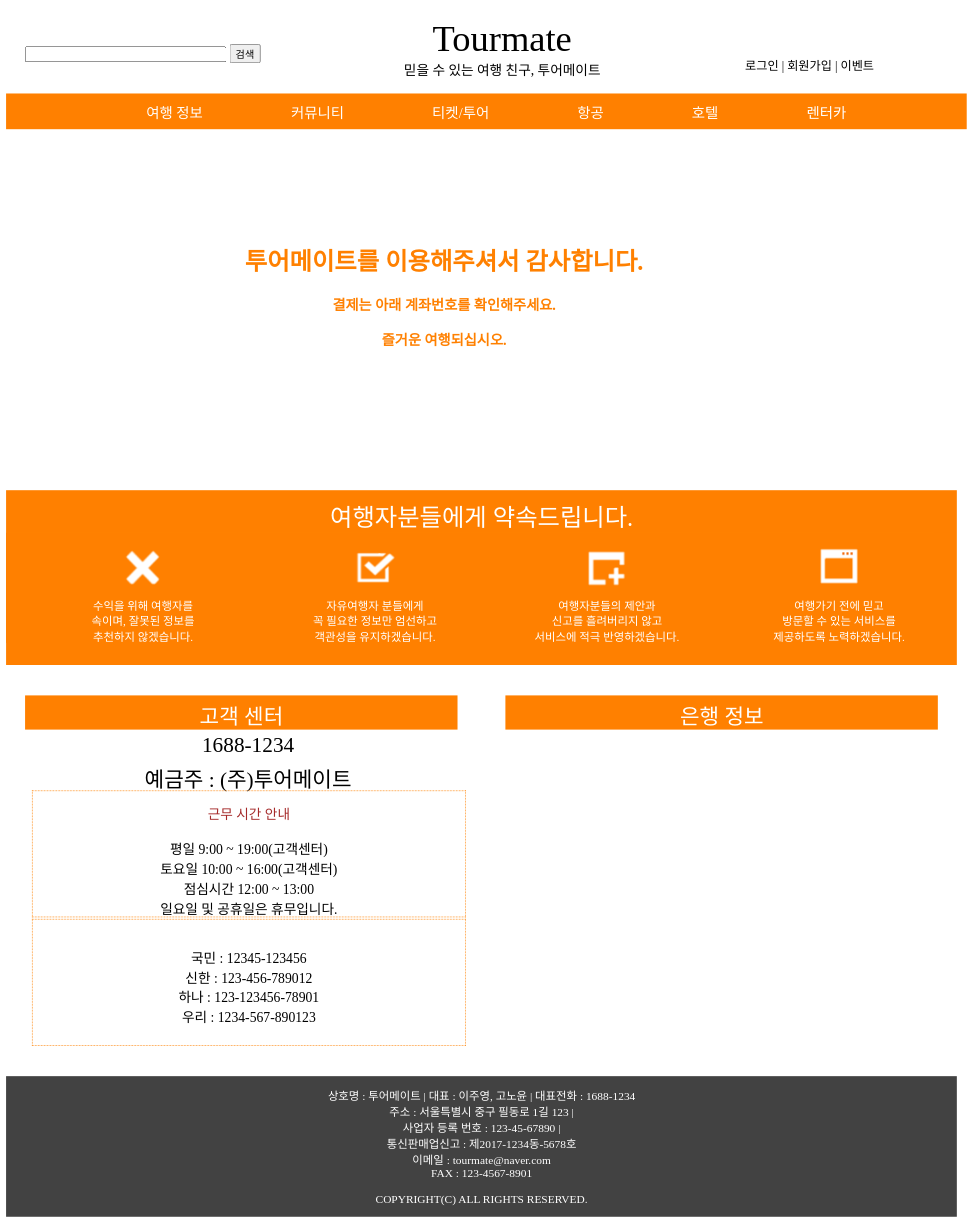
Repository: nohyoonko/2017-2-WP-Tourmate
Page: http://localhost/Tourmate/항공_ok.jsp
An editor plug-in stored every save of this project. The page is shown before and after the next save, followed by the edit.
The browser window is 1280 px wide. The pictures show the whole page, at 76% of full size.
Some web libraries are served in a nearby version. The page is served by Tomcat 9.

Above is the page before, as saved 2017-12-06 13:23:17.

After the next save:
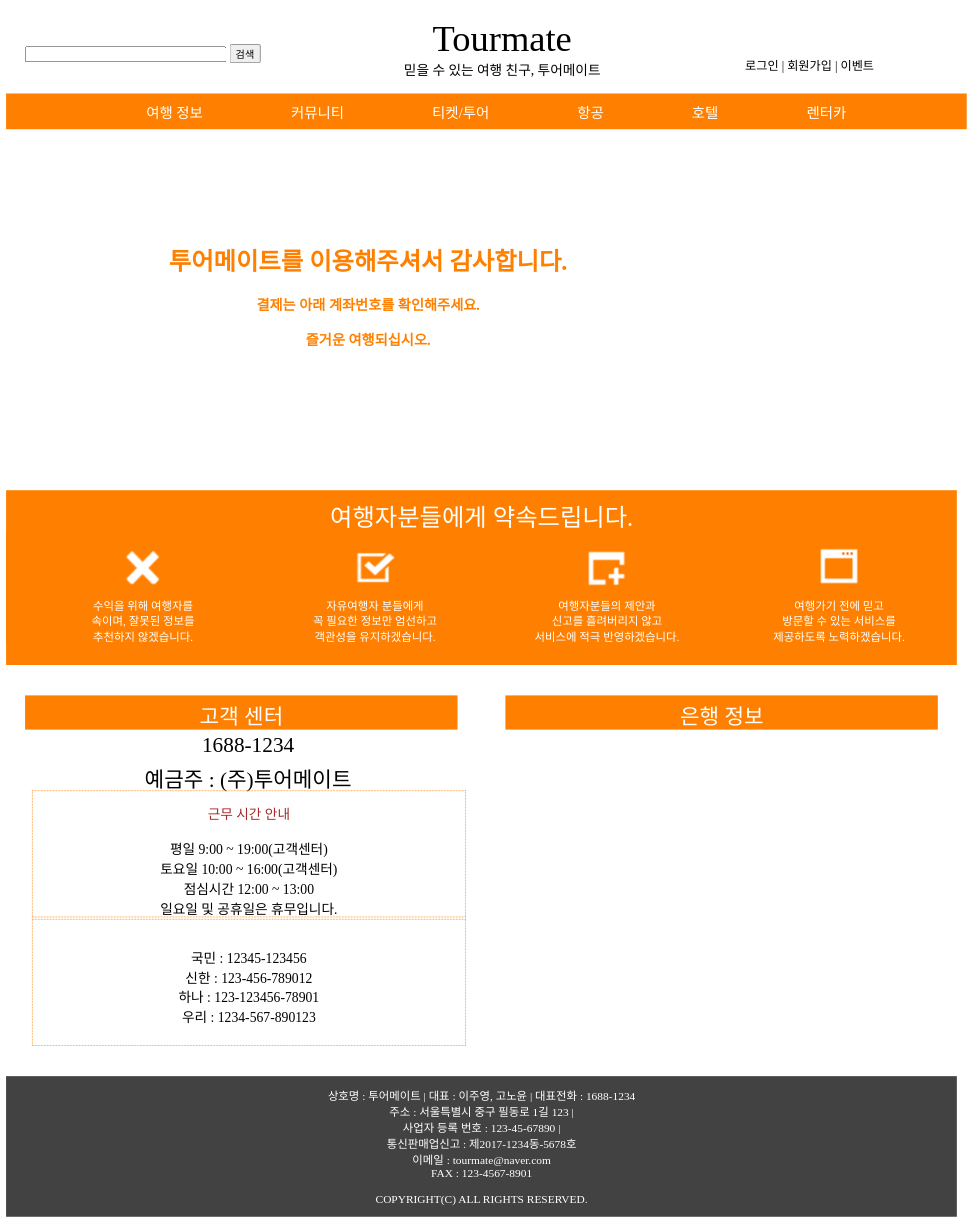
Saved 13 s later.
--- a/eclipse-workspace/Tourmate/WebContent/항공_ok.jsp
+++ b/eclipse-workspace/Tourmate/WebContent/항공_ok.jsp
@@ -8,7 +8,7 @@
 		<style>
 		.whitebox {
          height:200px;
-         width:900px;
+         width:700px;
          color:#FF8000;
          margin:10%;
       }
